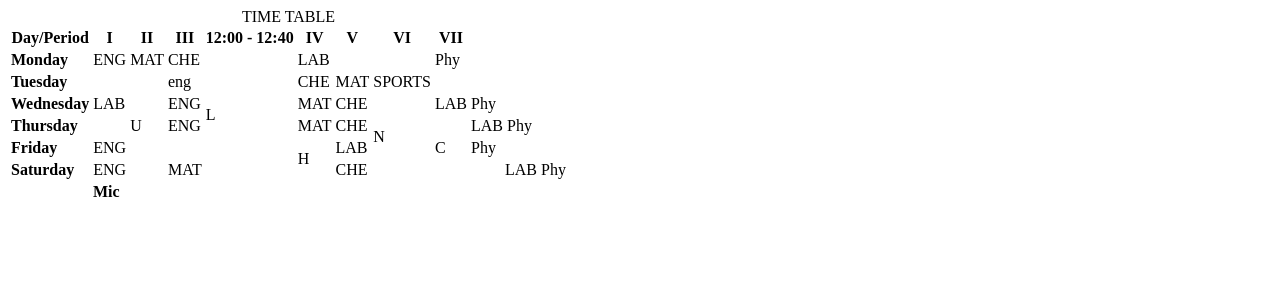
Repository: MicTomm/corso-frontend
Page: HTML/tabella/index.html
The author's editor kept a copy of each file at every save. The page is drawn from the files as they stood at one save, then again after the next save.
The browser window is 1280 px wide. The pictures show the whole page.

Above is the page before, as saved 2023-11-07 16:35:48.

### HTML/tabella/index.html
<!DOCTYPE html>
<html lang="it">
<head>
  <meta charset="UTF-8">
  <meta name="viewport" content="width=device-width, initial-scale=1.0">
  <title>Ta-bella</title>
</head>
<body>
  <table>
    <caption>TIME TABLE</caption>
    <thead>
      <tr>
        <th rowspan="2">Day/Period</th>
        <th rowspan="2">I</th>
        <th rowspan="2">II</th>
        <th rowspan="2">III</th>
        <th rowspan="2">12:00 - 12:40</th>
        <th rowspan="2">IV</th>
        <th rowspan="2">V</th>
        <th rowspan="2">VI</th>
        <th rowspan="2">VII</th>
      </tr>
    </thead>

    <tbody>
      <tr>
        <td><b>Monday</b></td>
        <td>ENG</td>
        <td>MAT</td>
        <td>CHE</td>
        <td rowspan="6">L</td>
        <td colspan="3">LAB</td>
        <td>Phy</td>
      </tr>
      <tr>
        <td><b>Tuesday</b></td>
        <td rowspan="3">LAB</td>
        <td rowspan="6">U</td>
        <td>eng</td>
        <td>CHE</td>
        <td>MAT</td>
        <td>SPORTS</td>
      </tr>
      <tr>
        <td><b>Wednesday</b></td>
        <td>ENG</td>
        <td>MAT</td>
        <td>CHE</td>
        <td rowspan="6">N</td>
        <td>LAB</td>
        <td colspan="3">Phy</td>
      </tr>
      <tr>
        <td><b>Thursday</b></td>
        <td>ENG</td>
        <td>MAT</td>
        <td>CHE</td>
        <td rowspan="6">C</td>
        <td colspan="3">LAB</td>
        <td>Phy</td>
      </tr>
      <tr>
        <td><b>Friday</b></td>
        <td colspan="3">ENG</td>
        <td rowspan="6">H</td>
        <td colspan="3">LAB</td>
        <td>Phy</td>
      </tr>
      <tr>
        <td><b>Saturday</b></td>
        <td>ENG</td>
        <td>MAT</td>
        <td>CHE</td>
        <td rowspan="6"></td>
        <td colspan="3">LAB</td>
        <td>Phy</td>
      </tr>
    </tbody>

    <tfoot>
      <tr>
        <th colspan= "4">Mic</th>
      </tr>
    </tfoot>
  </table>
</body>
</html>

After the next save:
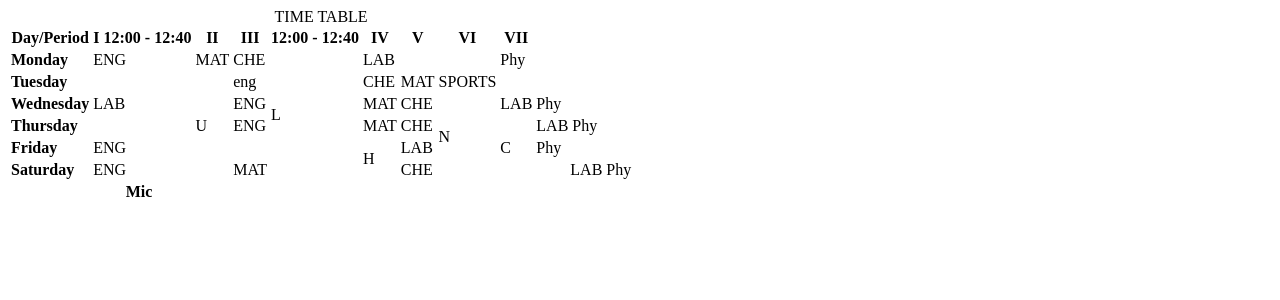
Saved 35 s later.
--- a/HTML/tabella/index.html
+++ b/HTML/tabella/index.html
@@ -11,7 +11,7 @@
     <thead>
       <tr>
         <th rowspan="2">Day/Period</th>
-        <th rowspan="2">I</th>
+        <th rowspan="2">I 12:00 - 12:40</th>
         <th rowspan="2">II</th>
         <th rowspan="2">III</th>
         <th rowspan="2">12:00 - 12:40</th>
